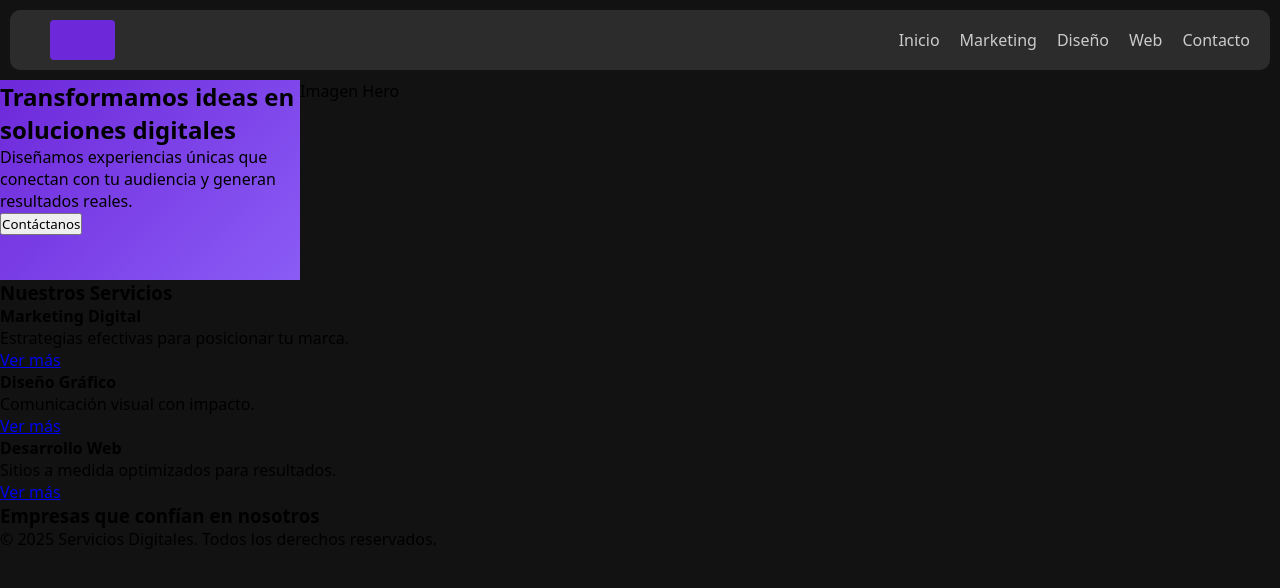
Repository: santinogarrone/TrabajoAgustin
Page: html/index.html
An editor plug-in stored every save of this project. The page is shown before and after a run of saves, followed by the edit.
The browser window is 1280 px wide. The pictures show the whole page.

Above is the page before, as saved 2025-05-02 12:01:43.

After the next 3 saves:
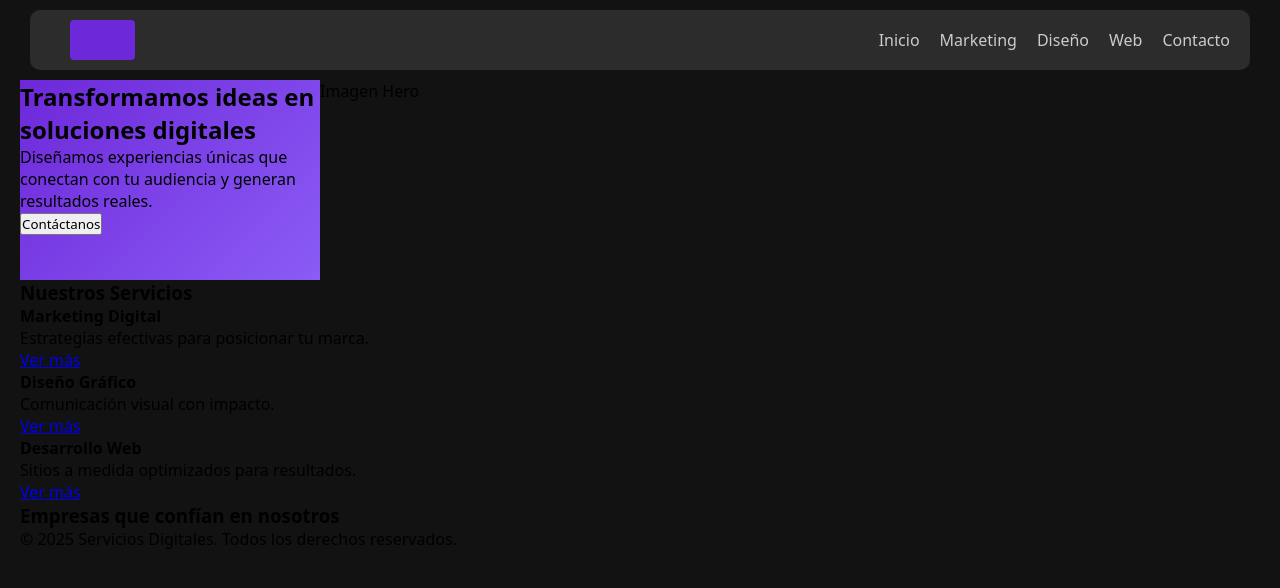
The 3 saves are shown as one change because they came seconds apart.
The last was saved 9 s later.
--- a/css/style.css
+++ b/css/style.css
@@ -11,7 +11,7 @@
 body{
     background-color: var(--fondo-color);
     height: 100%;
-
+    margin: 0 20px;
 }
 
 header{
